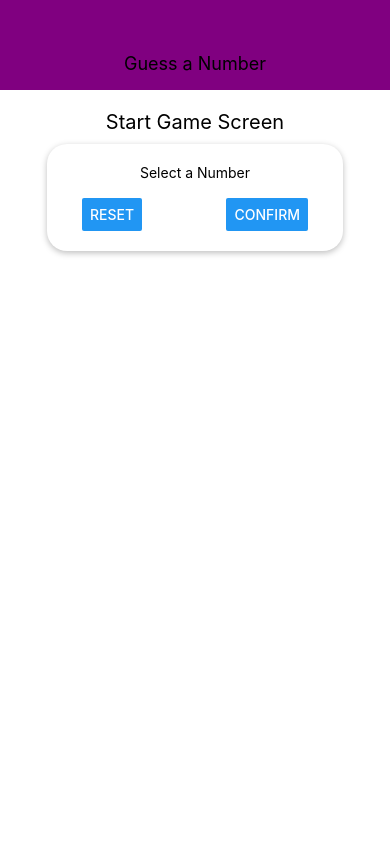
Repository: oguzhan18m/react-native-guess-number-game
Screen: /
The author's editor kept a copy of each file at every save. The screen is drawn from the files as they stood at one save, then again after the next save.
The app was drawn by React Native's web renderer in a window 390 px wide. The project was rebuilt for these pictures with package versions that can differ from the ones it lists, and the page was loaded fresh each time.

Above is the screen before, as saved 2021-03-04 00:50:01.

### App.js
import React from 'react';
import { StyleSheet, Text, View } from 'react-native';
import Header from './components/Header';
import StartGameScreen from './screens/StartGameScreen';

export default function App() {
  return (
    <View style={styles.screen}>
      <Header title='Guess a Number' />
      <StartGameScreen />
    </View>
  );
}

const styles = StyleSheet.create({
  screen:{
    flex:1,

  }
});

### components/Header.js
import React from 'react';
import { StyleSheet, Text, View } from 'react-native';

const Header = (props) => {
    return (
        <View style={styles.header}>
            <Text style={styles.headerTitle}>{props.title}</Text>

        </View>
    )
}

const styles = StyleSheet.create({
    header:{
        width:'100%',
        height:90,
        paddingTop:36,
        backgroundColor:'purple',
        alignItems:'center',
        justifyContent:'center',
    },
    headerTitle:{
        color:'black',
        fontSize:18,
    }
});

export default Header;

### screens/StartGameScreen.js
import React from 'react';
import { Button, StyleSheet, Text, TextInput, View } from 'react-native';
import Card from '../components/Card';

const StartGameScreen = (props) => {
    return (
        <View style={styles.screen}>
            <Text style={styles.title}>Start Game Screen</Text>
            <Card style={styles.inputContainer}>
                <Text>Select a Number</Text>
                <TextInput/>
                <View style={styles.buttonContainer}>
                    <Button title='Reset' onPress={()=>{}} />
                    <Button title='Confirm' onPress={()=>{}} />
                </View>
            </Card>
        </View>
    )
}

const styles = StyleSheet.create({
    screen : {
        flex:1,
        padding:10,
        alignItems:'center',

    },
    title:{
        fontSize:20,
        marginVertical:10,

    },
    buttonContainer:{
        flexDirection:'row',
        alignItems:'center',
        justifyContent:'space-between',
        width:'100%',
        paddingHorizontal:15,
    },
    inputContainer:{
        width:300,
        maxWidth:'80%',
        alignItems:'center',
    }
});

export default StartGameScreen;

### components/Card.js
import React from 'react';
import { Button, StyleSheet, Text, TextInput, View } from 'react-native';

const Card = (props) => {
    return (
        <View style={{...styles.card, ...props.style}}>
            {props.children}
        </View>
    )
}



const styles = StyleSheet.create({
    card:{
        shadowColor:'black',
        shadowOffset:{width:0, height:2},
        shadowRadius:6,
        shadowOpacity:0.26,
        backgroundColor:'white',
        elevation:5,
        padding:20,
        borderRadius:20,
    }
});
export default Card;

### constants/Colors.js
export default {
    primary:'#f7287b',
    accent:'#c717fc',
}

After the next save:
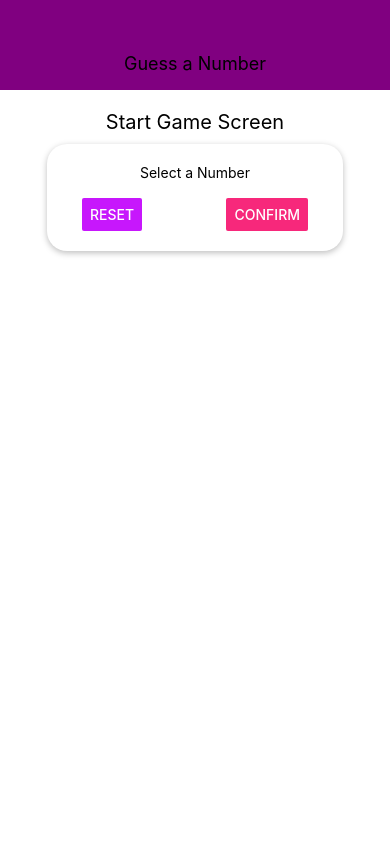
Saved 55 s later.
--- a/screens/StartGameScreen.js
+++ b/screens/StartGameScreen.js
@@ -1,6 +1,7 @@
 import React from 'react';
 import { Button, StyleSheet, Text, TextInput, View } from 'react-native';
 import Card from '../components/Card';
+import Colors from '../constants/Colors';
 
 const StartGameScreen = (props) => {
     return (
@@ -10,8 +11,8 @@ const StartGameScreen = (props) => {
                 <Text>Select a Number</Text>
                 <TextInput/>
                 <View style={styles.buttonContainer}>
-                    <Button title='Reset' onPress={()=>{}} />
-                    <Button title='Confirm' onPress={()=>{}} />
+                    <Button title='Reset' onPress={()=>{}} color={Colors.accent} />
+                    <Button title='Confirm' onPress={()=>{}} color={Colors.primary} />
                 </View>
             </Card>
         </View>
